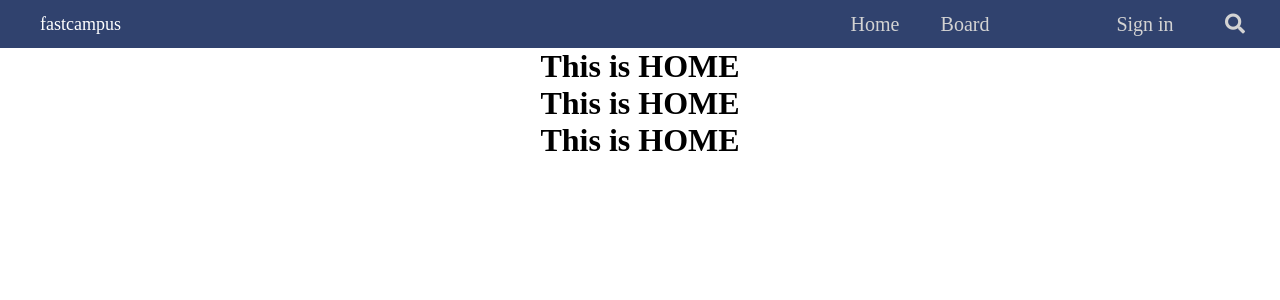
Repository: ByeongUk-An/Spring_Study
Page: http://localhost/ch2/
The author's editor kept a copy of each file at every save. The page is drawn from the files as they stood at one save, then again after the next save.
The browser window is 1280 px wide. The pictures show the whole page.
Some web libraries are served in a nearby version. The page is served by Tomcat 9.

Above is the page before, as saved 2022-05-13 06:31:25.

After the next save:
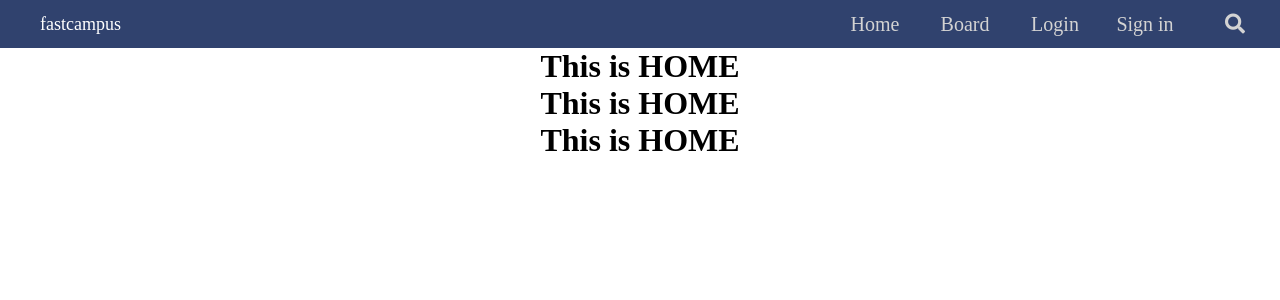
Saved 90 s later.
--- a/ch2/src/main/webapp/WEB-INF/views/index.jsp
+++ b/ch2/src/main/webapp/WEB-INF/views/index.jsp
@@ -2,7 +2,7 @@
 <%@ taglib uri="http://java.sun.com/jsp/jstl/core" prefix="c" %>
 <c:set var="loginOutLink" value="${sessionScope.id==null ? '/login/login' : '/login/logout'}"/>
 <c:set var="loginOut" value="${sessionScope.id==null ? 'Login' : 'Logout' }"/>
-<c:set var="loginOut"/>
+
 <!DOCTYPE html>
 <html>
 <head>
